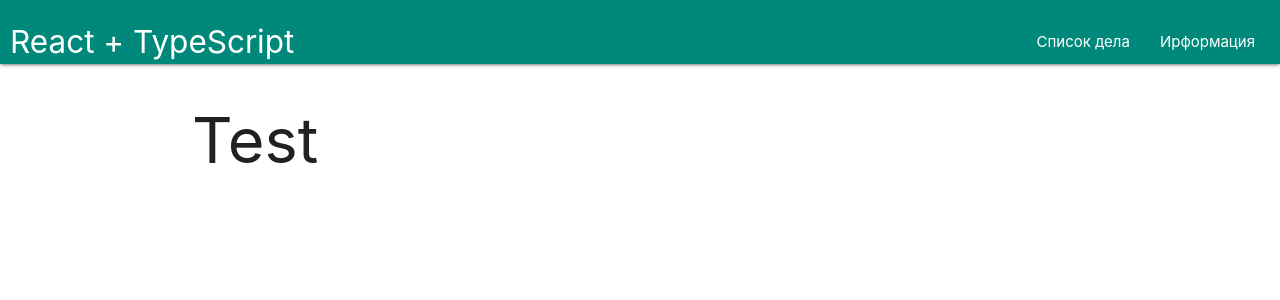
Repository: frostnn/TodoForm
Page: /About
The author's editor kept a copy of each file at every save. The page is drawn from the files as they stood at one save, then again after the next save.
The browser window is 1280 px wide. The pictures show the whole page.
The project was rebuilt for these pictures with package versions that can differ from the ones it lists, and the page was loaded fresh each time.

Above is the page before, as saved 2020-05-27 11:14:48.

### src/index.css
body {
  margin: 0;
  font-family: -apple-system, BlinkMacSystemFont, 'Segoe UI', 'Roboto', 'Oxygen',
    'Ubuntu', 'Cantarell', 'Fira Sans', 'Droid Sans', 'Helvetica Neue',
    sans-serif;
  -webkit-font-smoothing: antialiased;
  -moz-osx-font-smoothing: grayscale;
}

code {
  font-family: source-code-pro, Menlo, Monaco, Consolas, 'Courier New',
    monospace;
}
.nav-wrapper {
  padding: 10px;
}

### src/App.tsx
import React from 'react';
import NavBar from './components/NavBar';


const App: React.FunctionComponent = () => {
  return (
    <>
      <NavBar/>
      <div className="container">
        <h1>Test</h1>
      </div>
    </>
  );
}

export default App;

### src/components/NavBar.tsx
import React from 'react';

const NavBar: React.FunctionComponent = () => {
  return (
    <nav>
      <div className="nav-wrapper teal darken-1">
        <a href="/" className="brand-logo">React + TypeScript</a>
        <ul className="right hide-on-med-and-down">
          <li>
            <a href="/">Список дела</a>
          </li>
          <li>
            <a href="/">Ирформация</a>
          </li>
        </ul>
      </div>
  </nav>
  );
}

export default NavBar;

Loaded but not shown: public/index.html (common file); src/index.tsx (common file); src/serviceWorker.ts (common file)

After the next save:
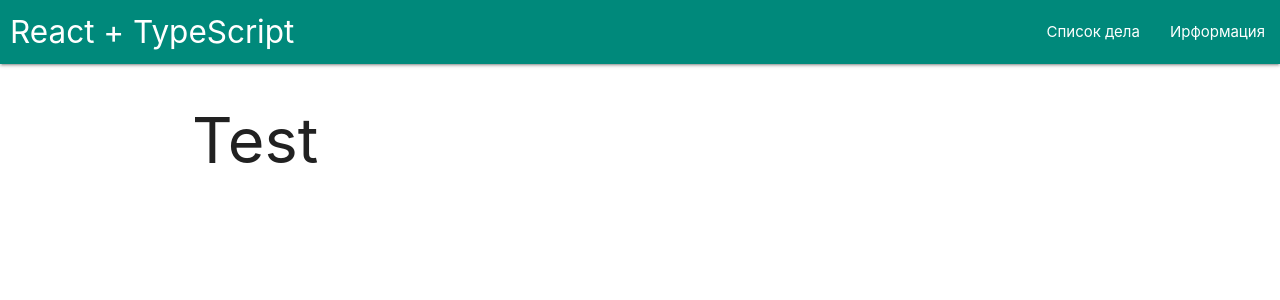
Saved 8 s later.
--- a/src/index.css
+++ b/src/index.css
@@ -12,5 +12,5 @@ code {
     monospace;
 }
 .nav-wrapper {
-  padding: 10px;
+  padding-left: 10px;
 }
